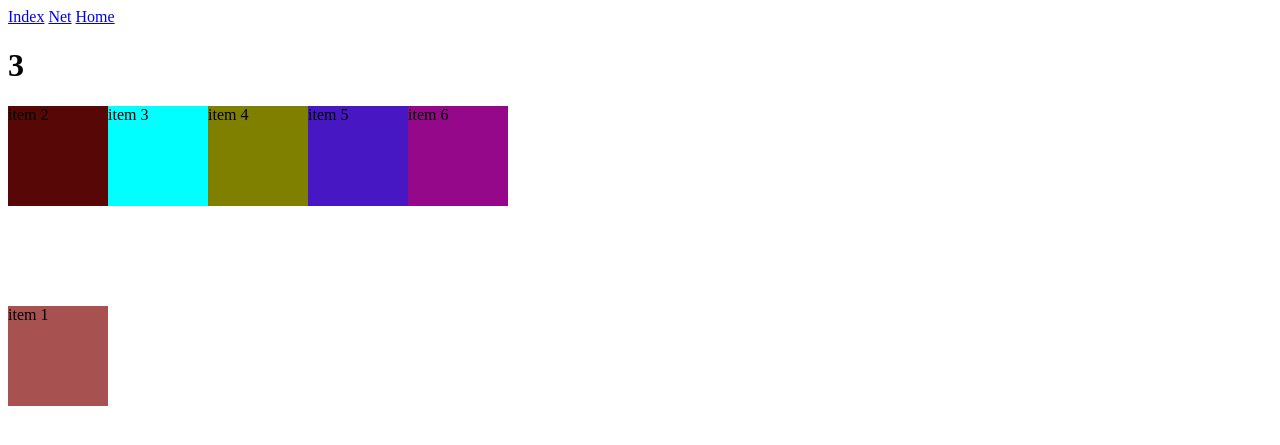
Repository: Nguyen-Toan-2004/du-an-test
Page: product.htm
These files come from the project's save history. The page is drawn as it stood at one moment and after the next save; the edit follows.
The browser window is 1280 px wide. The pictures show the whole page.

Above is the page before, as saved 2025-10-22 19:45:12.

### product.htm
<!DOCTYPE html>
<html lang="en">
  <head>
    <meta charset="UTF-8" />
    <meta name="viewport" content="width=device-width, initial-scale=1.0" />
    <title>Product</title>
  </head>
  <body>
    <a href="index.html">Index</a>
    <a href="net.htm">Net</a>
    <a href="home.html">Home</a>
    <h1>3</h1>
    <style>
      .container {
        display: grid;
        grid-template-columns: repeat(5, 100px);
        grid-template-rows: repeat(3, 100px);
      }
      .box {
        background: #b46464;
        display: flex;
        justify-content: center;
        align-items: center;
      }
      .box1{
        background: #a85151;
        grid-row-start: 3;
      }
      .box2{
        background: #580707;
      }
      .box3{
        background: aqua;
      }
      .box4{
        background: olive;
      }
      .box5{
        background: #4817c4;
      }
      .box6{
        background: #96088a;
      }
    </style>
    <div class="container">
      <div class="box1">item 1</div>
      <div class="box2">item 2</div>
      <div class="box3">item 3</div>
      <div class="box4">item 4</div>
      <div class="box5">item 5</div>
      <div class="box6">item 6</div>
    </div>
  </body>
</html>

After the next save:
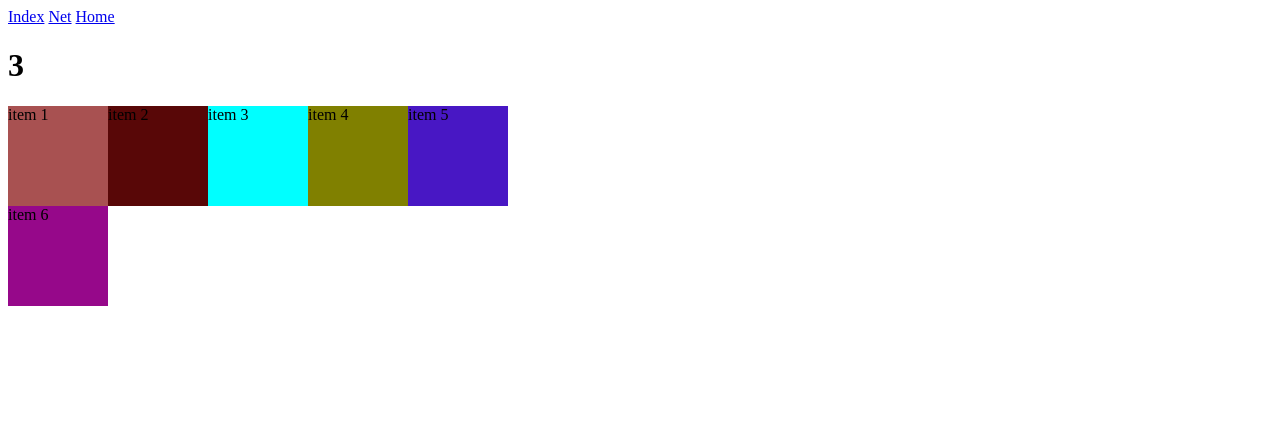
Saved 8 s later.
--- a/product.htm
+++ b/product.htm
@@ -24,7 +24,7 @@
       }
       .box1{
         background: #a85151;
-        grid-row-start: 3;
+        grid-row-start: ;
       }
       .box2{
         background: #580707;

After the save that followed:
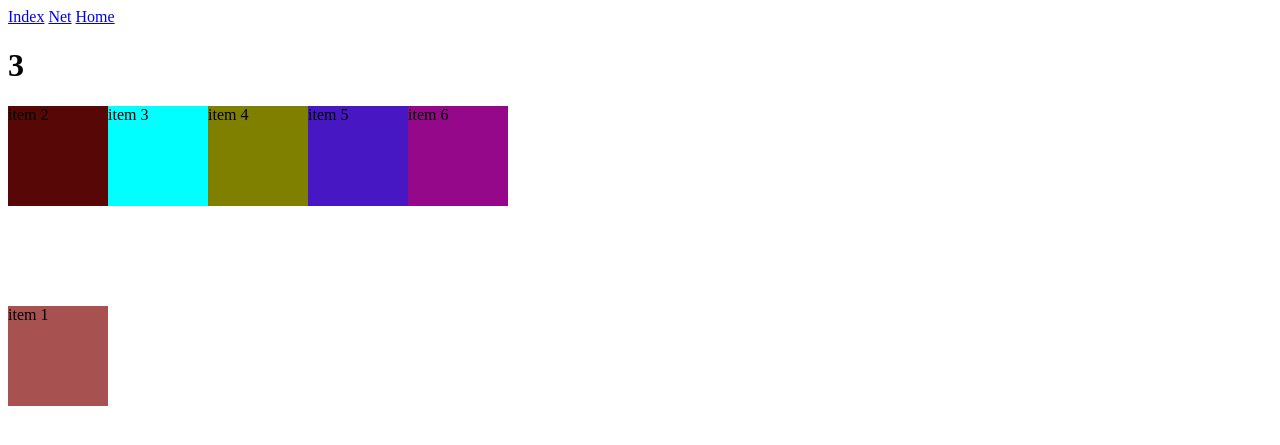
Saved 7 s later.
--- a/product.htm
+++ b/product.htm
@@ -24,7 +24,7 @@
       }
       .box1{
         background: #a85151;
-        grid-row-start: ;
+        grid-row-start: 3;
       }
       .box2{
         background: #580707;
